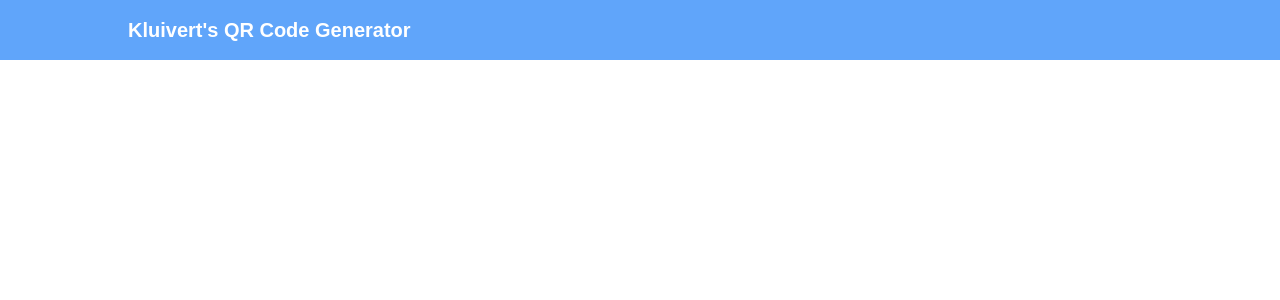
Repository: kluivert-ssali/QRcode-generator
Page: index.html
The author's editor kept a copy of each file at every save. The page is drawn from the files as they stood at one save, then again after the next save.
The browser window is 1280 px wide. The pictures show the whole page.
Some web libraries are served in a nearby version.

Above is the page before, as saved 2022-09-01 21:46:02.
Not found: js/script.js

After the next save:
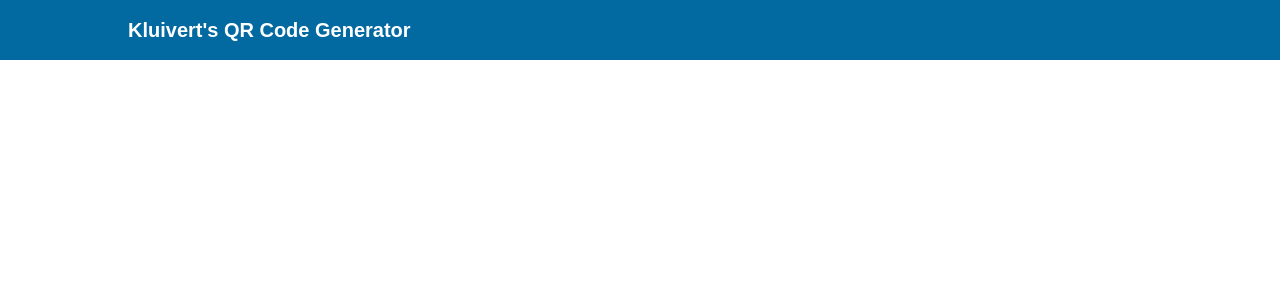
Saved 6 min 55 s later.
--- a/index.html
+++ b/index.html
@@ -26,7 +26,7 @@
     <title>QR code Generator</title>
   </head>
   <body>
-    <header class="bg-blue-400 p-4 mb-10">
+    <header class="bg-sky-700 p-4 mb-10">
       <div class="max-w-5xl m-auto">
         <div class="text-xl font-bold text-white">
           Kluivert's QR Code Generator
